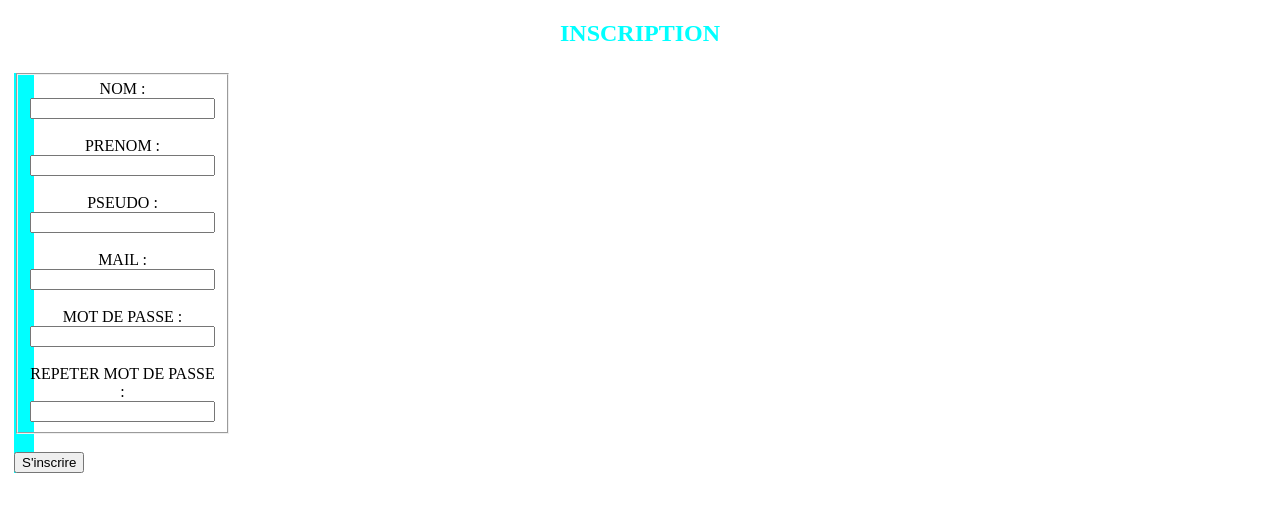
Repository: Aoua1414/JavaDeAoua
Page: http://localhost/MonServletJsp/Inscrire.jsp
The author's editor kept a copy of each file at every save. The page is drawn from the files as they stood at one save, then again after the next save.
The browser window is 1280 px wide. The pictures show the whole page.
The page is served by Tomcat 9. Nobody is signed in. The application's start-up code is not run.

Above is the page before, as saved 2022-07-25 14:40:04.

After the next save:
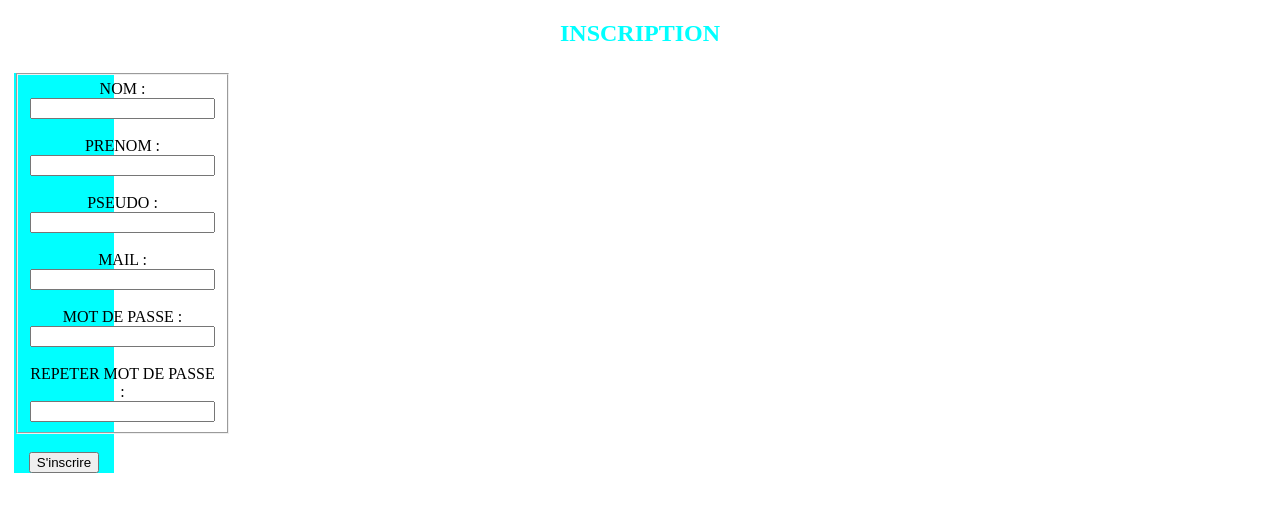
Saved 30 s later.
--- a/ODC/MonServletJsp/src/main/webapp/aoua.css
+++ b/ODC/MonServletJsp/src/main/webapp/aoua.css
@@ -8,7 +8,7 @@ form {
 
 	text-align : center;
 	background-color:#00ffff;
-	width: 20px;
+	width: 100px;
   display: inline-block;
   vertical-align: top;
   margin: 6px;
